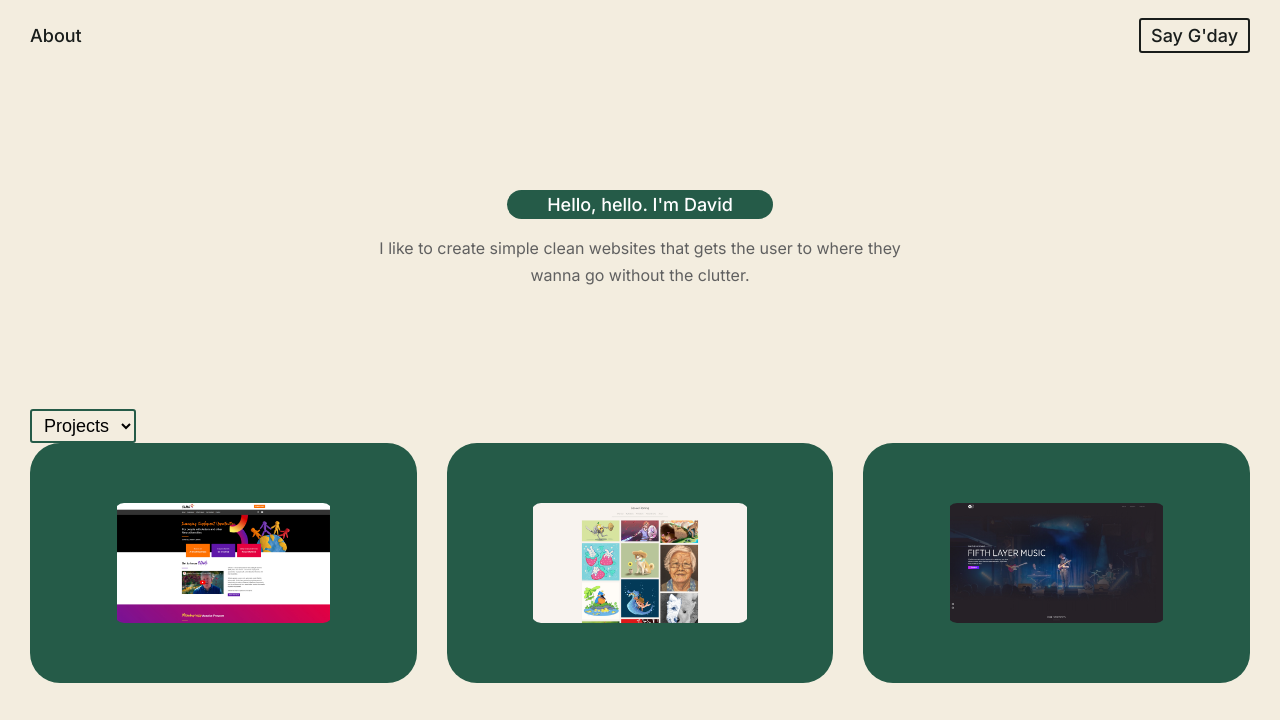
Repository: David-Waite/David-Waite-Portfolio
Page: /
The author's editor kept a copy of each file at every save. The page is drawn from the files as they stood at one save, then again after the next save.
The browser window is 1280 px wide. The pictures show the whole page.
The project was rebuilt for these pictures with package versions that can differ from the ones it lists, and the page was loaded fresh each time. The framework's server and built-in components were replaced by stand-ins that run in the browser. Also part of the build but not shown: next.config.js.

Above is the page before, as saved 2023-07-26 15:39:31.

After the next save:
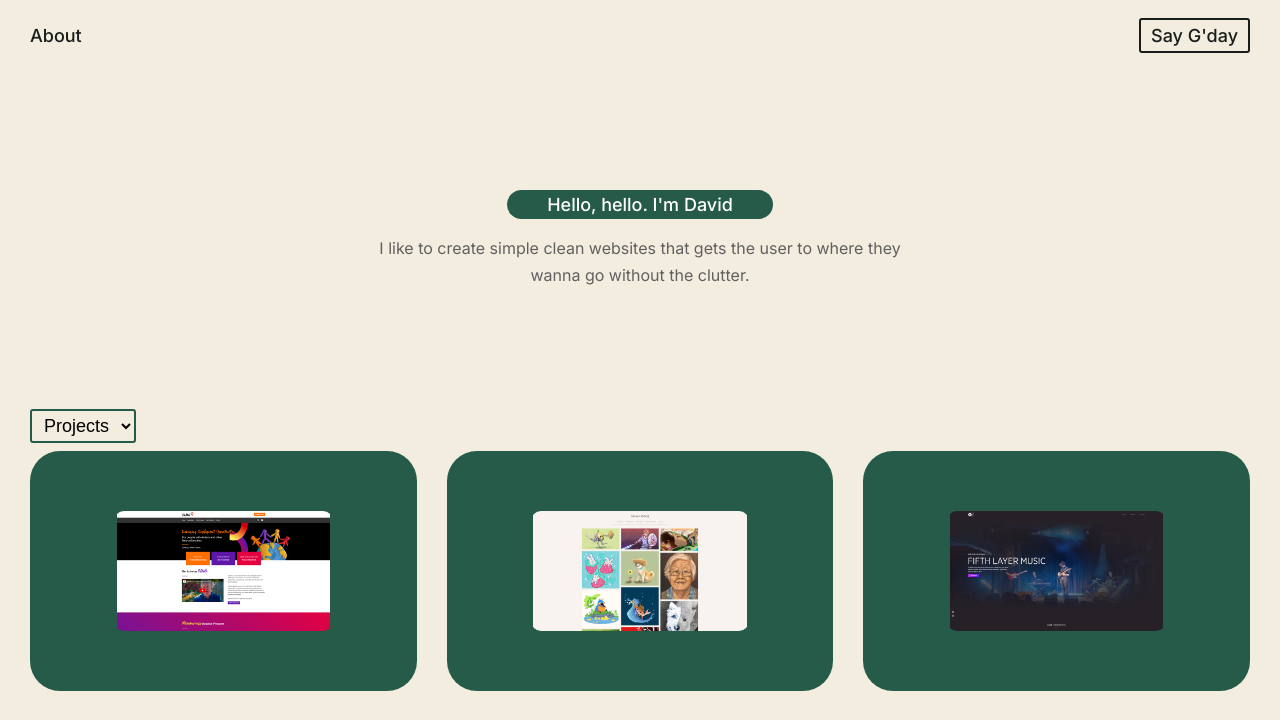
Saved 26 s later.
--- a/app/page.module.css
+++ b/app/page.module.css
@@ -31,4 +31,5 @@
   border-radius: 3px;
   padding: 4px 8px;
   background-color: var(--background);
+  margin-bottom: 8px;
 }
